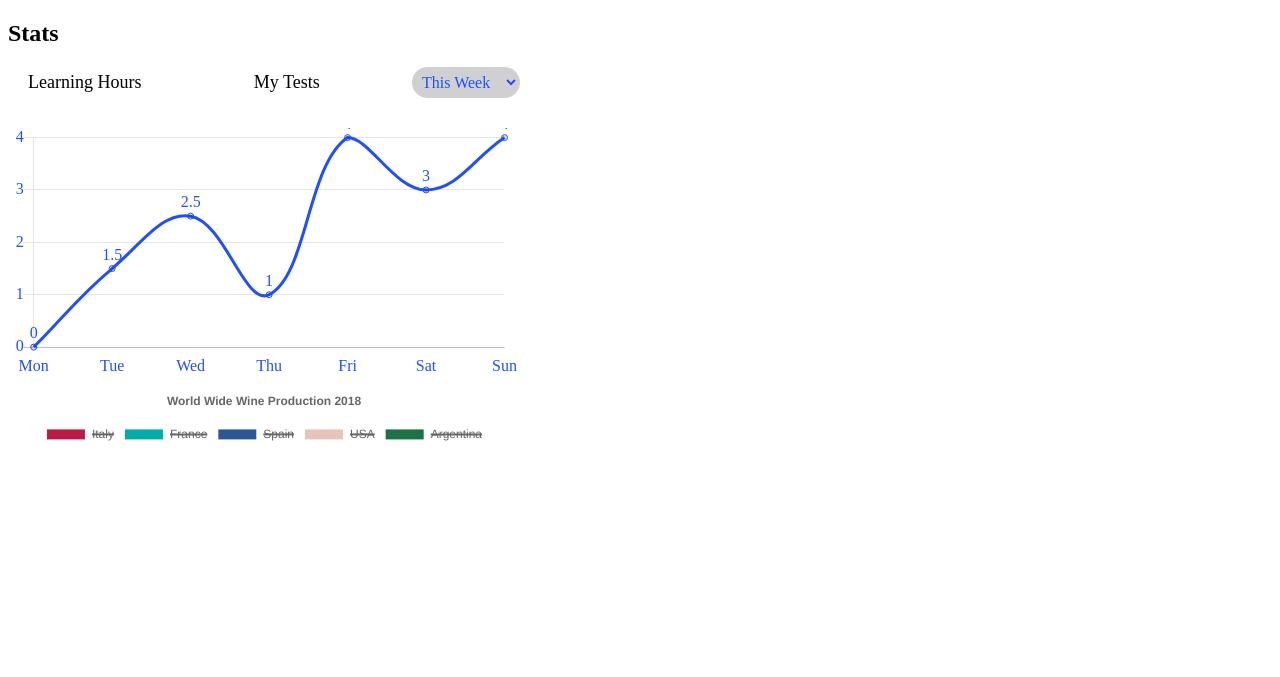
Repository: rafalzacher1/smartify-interface
Page: graphs/learning_graph.html
The author's editor kept a copy of each file at every save. The page is drawn from the files as they stood at one save, then again after a run of saves.
The browser window is 1280 px wide. The pictures show the whole page.
Some web fonts or font styles are not loaded; a fallback is used. Some web libraries are served in a nearby version.

Above is the page before, as saved 2022-06-30 01:03:46.

After the next 2 saves:
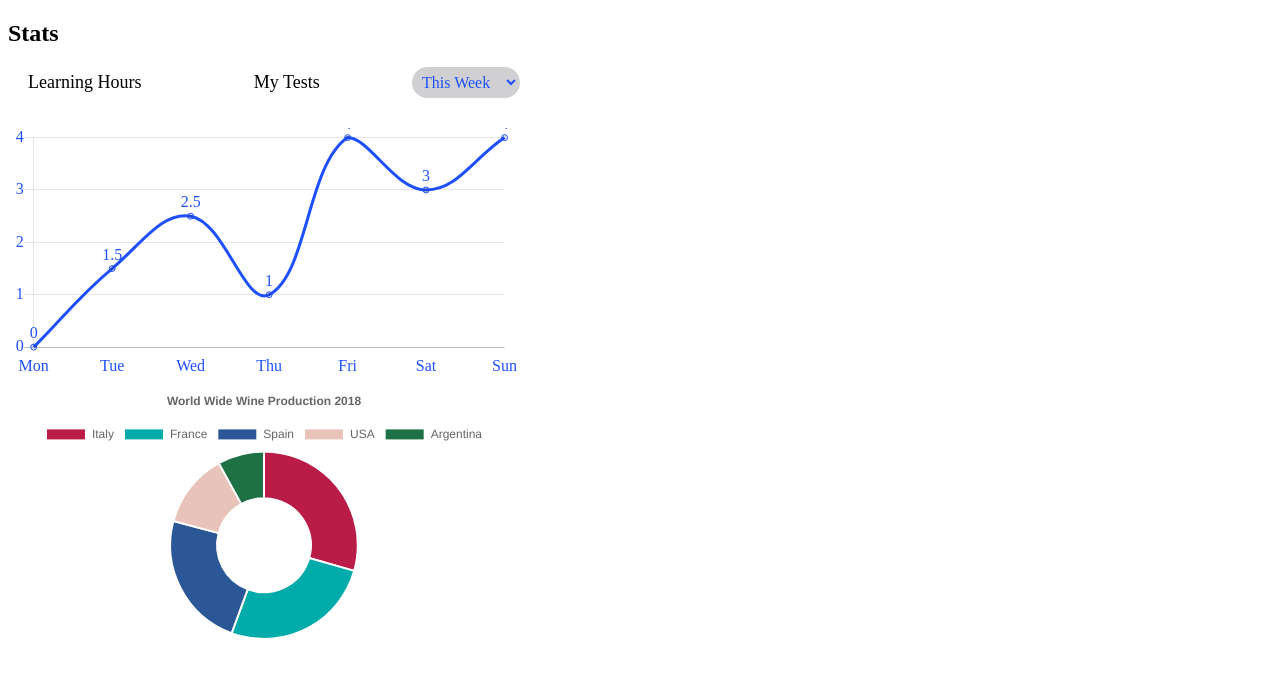
The 2 saves are shown as one change because they came seconds apart.
The last was saved 9 s later.
--- a/graphs/scripts/tests.js
+++ b/graphs/scripts/tests.js
@@ -1,46 +1,46 @@
-// var xValues = ["Italy", "France", "Spain", "USA", "Argentina"];
-// var yValues = [55, 49, 44, 24, 15];
-// var barColors = ["#b91d47", "#00aba9", "#2b5797", "#e8c3b9", "#1e7145"];
+var xValues = ["Italy", "France", "Spain", "USA", "Argentina"];
+var yValues = [55, 49, 44, 24, 15];
+var barColors = ["#b91d47", "#00aba9", "#2b5797", "#e8c3b9", "#1e7145"];
 
-// new Chart("tests", {
-//   type: "doughnut",
-//   data: {
-//     labels: xValues,
-//     datasets: [
-//       {
-//         backgroundColor: barColors,
-//         data: yValues,
-//       },
-//     ],
+new Chart("tests", {
+  type: "doughnut",
+  data: {
+    labels: xValues,
+    datasets: [
+      {
+        backgroundColor: barColors,
+        data: yValues,
+      },
+    ],
+  },
+  options: {
+    title: {
+      display: true,
+      text: "World Wide Wine Production 2018",
+    },
+  },
+});
+
+// var testsData = {
+//   labels: ["Italy", "France", "Spain", "USA", "Argentina"],
+//   datasets: [
+//     {
+//       backgroundColor: ["#b91d47", "#00aba9", "#2b5797", "#e8c3b9", "#1e7145"],
+//       data: ["Italy", "France", "Spain", "USA", "Argentina"],
+//     },
+//   ],
+// };
+
+// var testsOption = {
+//   title: {
+//     display: true,
+//     text: "World Wide Wine Production 2018",
 //   },
-//   options: {
-//     title: {
-//       display: true,
-//       text: "World Wide Wine Production 2018",
-//     },
-//   },
+// };
+
+// var ctx = document.getElementById("tests").getContext("2d");
+// var LearningHoursChar = new Chart(ctx, {
+//   type: "doughnut", // Define chart type
+//   data: testsData, // Chart data
+//   options: testsOption, // Chart Options [This is optional paramenter use to add some extra things in the chart].
 // });
-
-var testsData = {
-  labels: ["Italy", "France", "Spain", "USA", "Argentina"],
-  datasets: [
-    {
-      backgroundColor: ["#b91d47", "#00aba9", "#2b5797", "#e8c3b9", "#1e7145"],
-      data: ["Italy", "France", "Spain", "USA", "Argentina"],
-    },
-  ],
-};
-
-var testsOption = {
-  title: {
-    display: true,
-    text: "World Wide Wine Production 2018",
-  },
-};
-
-var ctx = document.getElementById("tests").getContext("2d");
-var LearningHoursChar = new Chart(ctx, {
-  type: "doughnut", // Define chart type
-  data: testsData, // Chart data
-  options: testsOption, // Chart Options [This is optional paramenter use to add some extra things in the chart].
-});

After the 3 saves that followed:
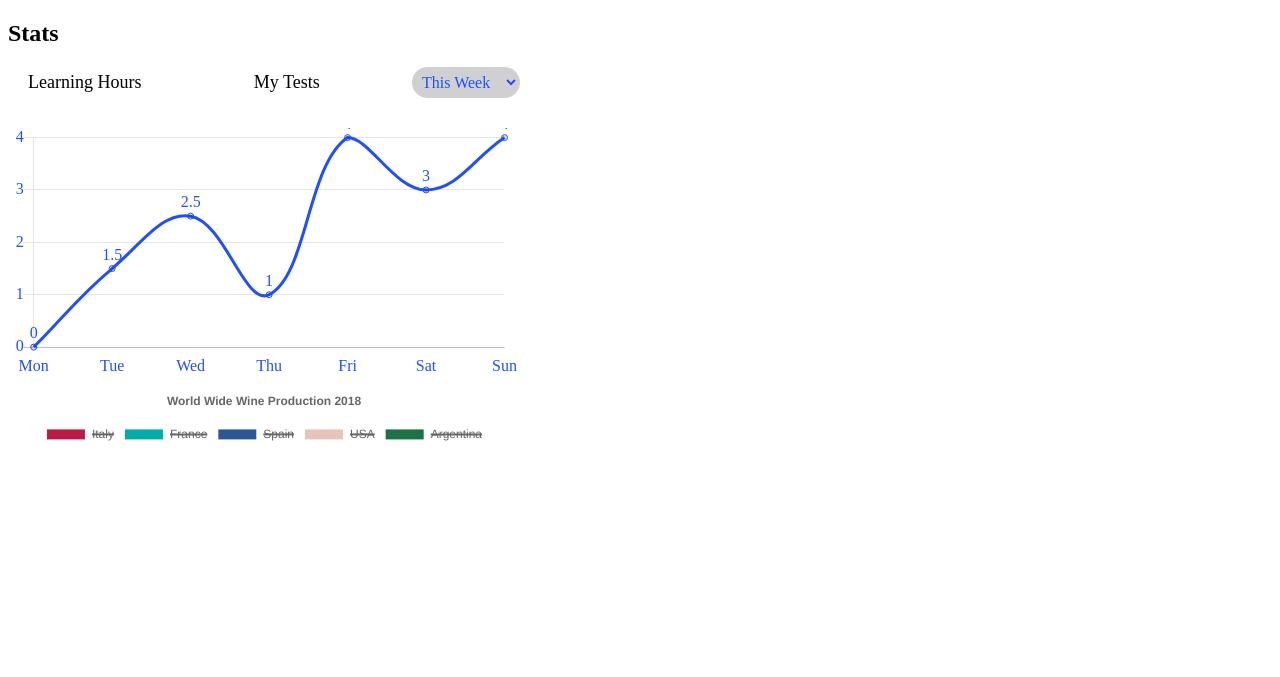
The 3 saves are shown as one change because 2 left the picture as it was.
The last was saved 79 s later.
--- a/graphs/scripts/learningHours.js
+++ b/graphs/scripts/learningHours.js
@@ -60,6 +60,7 @@ var learningOption = {
         }
     }
 };
+
 //Code to drow Chart
 var ctx = document.getElementById('learning-hours').getContext('2d');
 var LearningHoursChar = new Chart(ctx, {
--- a/graphs/scripts/tests.js
+++ b/graphs/scripts/tests.js
@@ -21,26 +21,26 @@
   },
 });
 
-// var testsData = {
-//   labels: ["Italy", "France", "Spain", "USA", "Argentina"],
-//   datasets: [
-//     {
-//       backgroundColor: ["#b91d47", "#00aba9", "#2b5797", "#e8c3b9", "#1e7145"],
-//       data: ["Italy", "France", "Spain", "USA", "Argentina"],
-//     },
-//   ],
-// };
+var testsData = {
+  labels: ["Italy", "France", "Spain", "USA", "Argentina"],
+  datasets: [
+    {
+      backgroundColor: ["#b91d47", "#00aba9", "#2b5797", "#e8c3b9", "#1e7145"],
+      data: ["Italy", "France", "Spain", "USA", "Argentina"],
+    },
+  ],
+};
 
-// var testsOption = {
-//   title: {
-//     display: true,
-//     text: "World Wide Wine Production 2018",
-//   },
-// };
+var testsOption = {
+  title: {
+    display: true,
+    text: "World Wide Wine Production 2018",
+  },
+};
 
-// var ctx = document.getElementById("tests").getContext("2d");
-// var LearningHoursChar = new Chart(ctx, {
-//   type: "doughnut", // Define chart type
-//   data: testsData, // Chart data
-//   options: testsOption, // Chart Options [This is optional paramenter use to add some extra things in the chart].
-// });
+var ctx = document.getElementById("tests").getContext("2d");
+var LearningHoursChar = new Chart(ctx, {
+  type: "doughnut", // Define chart type
+  data: testsData, // Chart data
+  options: testsOption, // Chart Options [This is optional paramenter use to add some extra things in the chart].
+});
